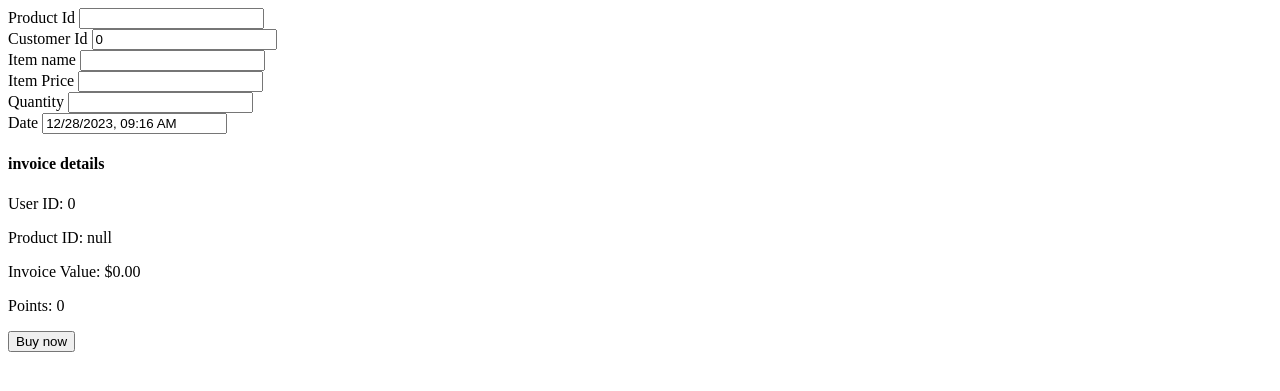
Repository: IT21041716/nanobotz
Page: http://localhost/Nanobotz_web_application/buynow.jsp
The author's editor kept a copy of each file at every save. The page is drawn from the files as they stood at one save, then again after the next save.
The browser window is 1280 px wide. The pictures show the whole page.
The page is served by Tomcat 9.

Above is the page before, as saved 2023-12-30 18:20:31.

After the next save:
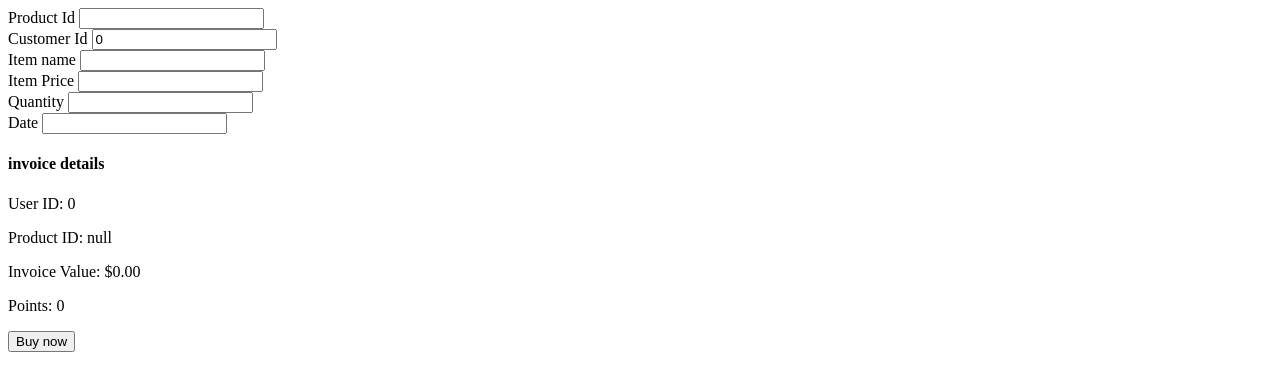
Console error: SyntaxError: Unexpected string
Saved 45 s later.
--- a/Nanobotz_web_application/src/main/webapp/buynow.jsp
+++ b/Nanobotz_web_application/src/main/webapp/buynow.jsp
@@ -48,7 +48,7 @@
 						$('#buy_now_form').submit(function(event) {
 						    // Prevent default form submission
 						    event.preventDefault();
-						    alert("hello");
+
 
 						    // Perform the AJAX call
 						    $.ajax({
@@ -62,6 +62,7 @@
 						            date: $('#dates').val(),
 						            buyNowButton: 'true'
 						        },
+						        alert("hello");
 						        success: function(response) {
 						            $('#invoiceValue').text(response.invoiceValue);
 						            $('#points').text(response.points);

After the save that followed:
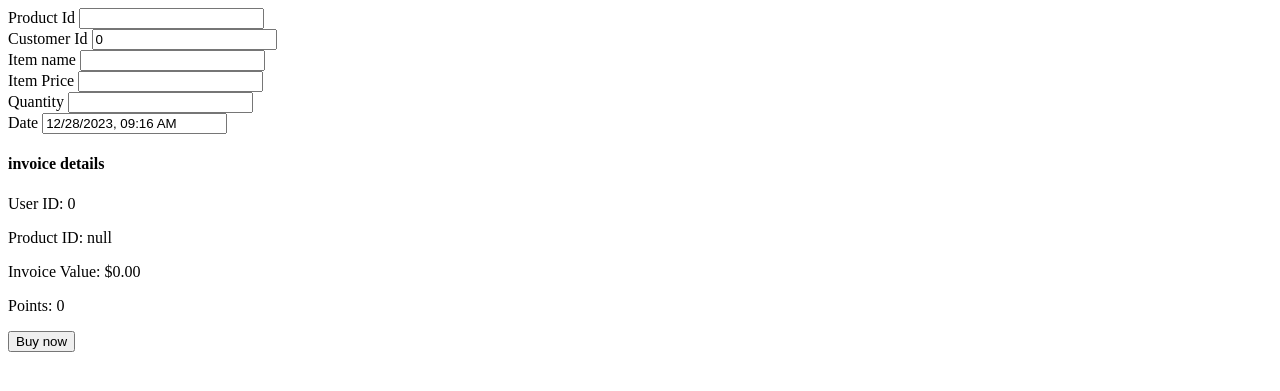
The error is gone.
Saved 42 s later.
--- a/Nanobotz_web_application/src/main/webapp/buynow.jsp
+++ b/Nanobotz_web_application/src/main/webapp/buynow.jsp
@@ -62,7 +62,6 @@
 						            date: $('#dates').val(),
 						            buyNowButton: 'true'
 						        },
-						        alert("hello");
 						        success: function(response) {
 						            $('#invoiceValue').text(response.invoiceValue);
 						            $('#points').text(response.points);
